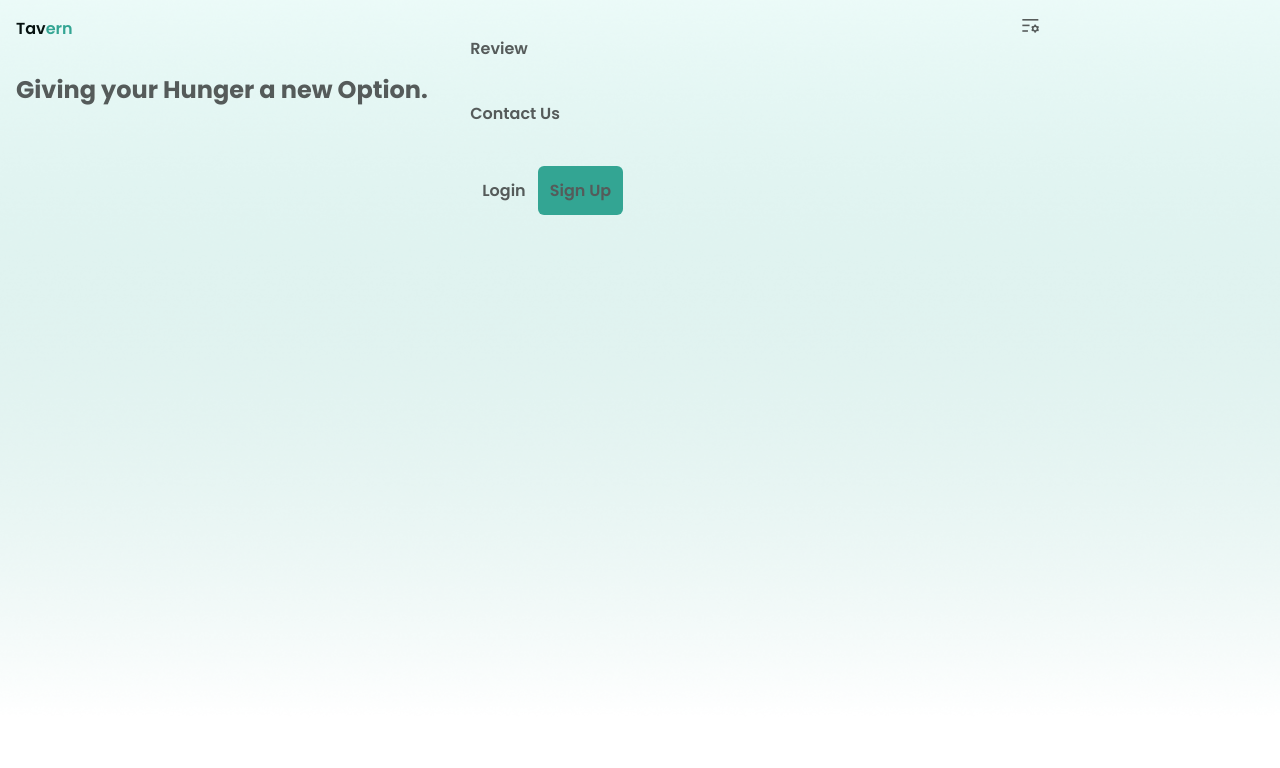
Repository: haokiet2501/tavern-restaurant-landing-page
Page: index.html
An editor plug-in stored every save of this project. The page is shown before and after the next save, followed by the edit.
The browser window is 1280 px wide. The pictures show the whole page.
The style sheet was rebuilt from its Sass, Less or Tailwind sources for each picture, by a compiler version that may differ from the author's.

Above is the page before, as saved 2022-07-01 16:00:00.

After the next save:
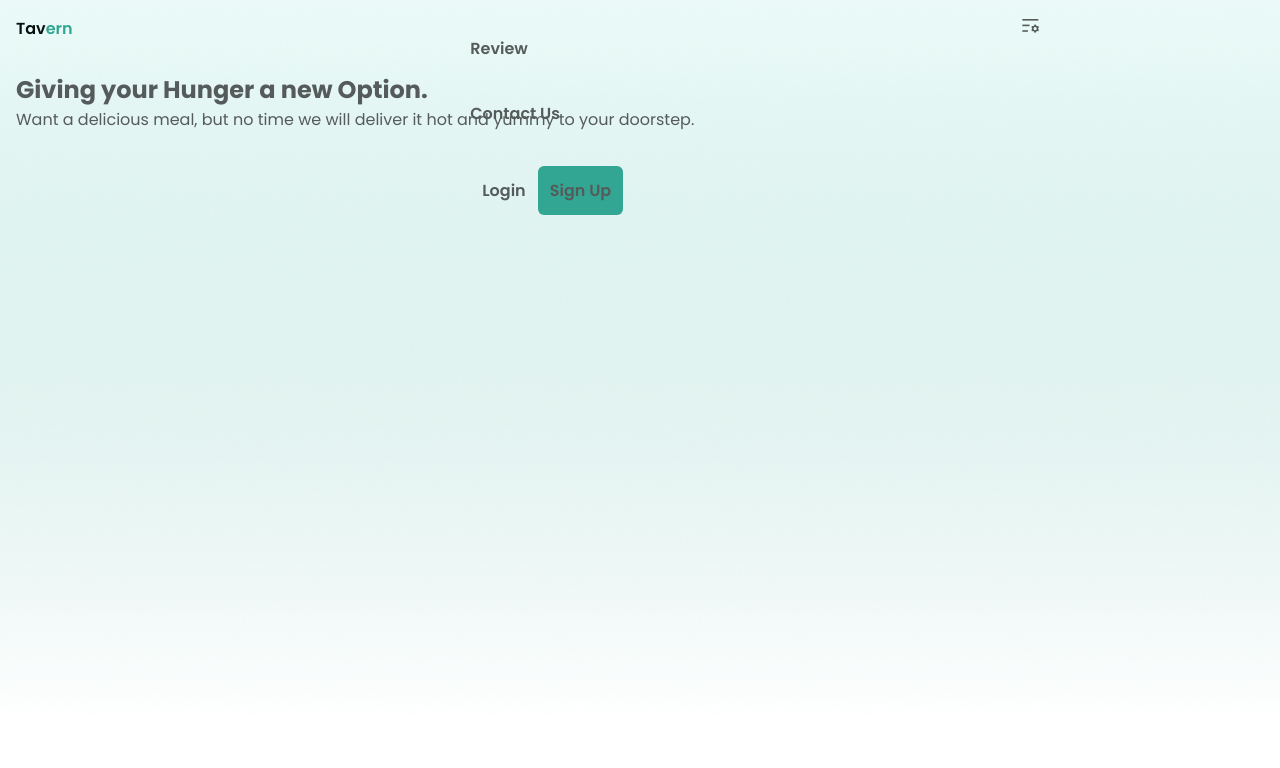
Saved 6 s later.
--- a/index.html
+++ b/index.html
@@ -60,7 +60,7 @@
                             <h2>Giving your Hunger a new Option.</h2>
                         </div>
                         <div class="home__subtext">
-
+                            Want a delicious meal, but no time we will deliver it hot and yummy to your doorstep.
                         </div>
                     </div>
                 </div>
